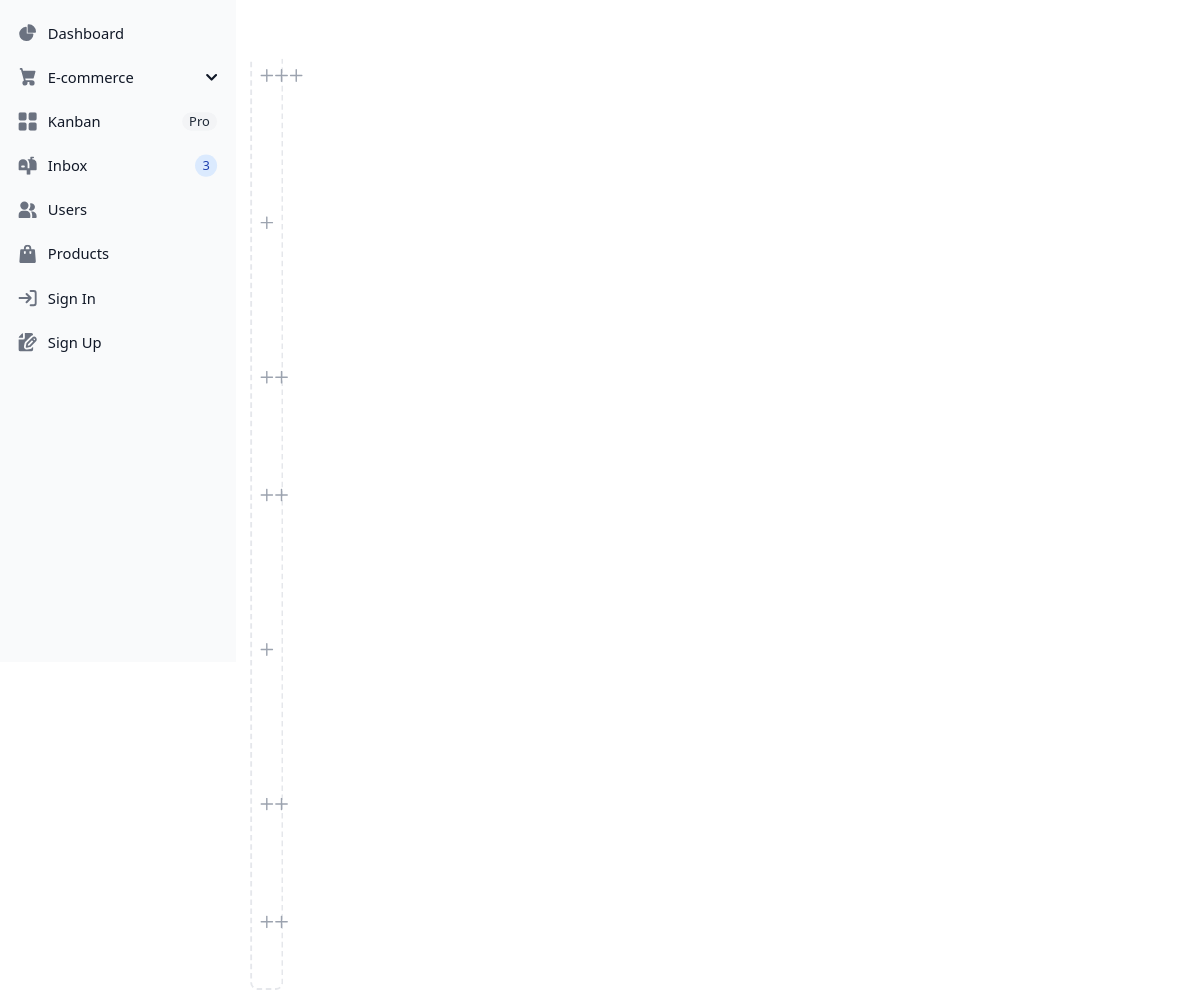
Repository: Yh010/dukaanDashboard
Page: /
An editor plug-in stored every save of this project. The page is shown before and after the next save, followed by the edit.
The browser window is 1280 px wide. The pictures show the whole page, at 92% of full size.
The project was rebuilt for these pictures with package versions that can differ from the ones it lists, and the page was loaded fresh each time. Also part of the build but not shown: vite.config.js, src/App.css.

Above is the page before, as saved 2024-01-21 15:16:14.

### src/App.jsx
/* import { useState } from 'react' */
/* import reactLogo from './assets/react.svg'
import viteLogo from '/vite.svg' */
import './App.css'
import SideNavBar from './components/sidenavbar'
import Navbar from './components/navbar'

function App() {
/*   const [count, setCount] = useState(0) */

  return (
    <div className='grid grid-cols-10'>
      <div className='col-span-1'>
         <SideNavBar/>
      </div>


      <div className='col-span-9'>
          <Navbar/>
      </div>



    </div>

  )
}

export default App

### src/components/sidenavbar.jsx
function SideNavBar() {
    return (
        <div>

            <button data-drawer-target="sidebar-multi-level-sidebar" data-drawer-toggle="sidebar-multi-level-sidebar" aria-controls="sidebar-multi-level-sidebar" type="button" className="inline-flex items-center p-2 mt-2 ms-3 text-sm text-gray-500 rounded-lg sm:hidden hover:bg-gray-100 focus:outline-none focus:ring-2 focus:ring-gray-200 dark:text-gray-400 dark:hover:bg-gray-700 dark:focus:ring-gray-600">
            <span className="sr-only">Open sidebar</span>
            <svg className="w-6 h-6" aria-hidden="true" fill="currentColor" viewBox="0 0 20 20" xmlns="http://www.w3.org/2000/svg">
            <path clipRule="evenodd" fillRule="evenodd" d="M2 4.75A.75.75 0 012.75 4h14.5a.75.75 0 010 1.5H2.75A.75.75 0 012 4.75zm0 10.5a.75.75 0 01.75-.75h7.5a.75.75 0 010 1.5h-7.5a.75.75 0 01-.75-.75zM2 10a.75.75 0 01.75-.75h14.5a.75.75 0 010 1.5H2.75A.75.75 0 012 10z"></path>
            </svg>
            </button>

            <aside id="sidebar-multi-level-sidebar" className="fixed top-0 left-0 z-40 w-64 h-screen transition-transform -translate-x-full sm:translate-x-0" aria-label="Sidebar">
            <div className="h-full px-3 py-4 overflow-y-auto bg-gray-50 dark:bg-gray-800">
                <ul className="space-y-2 font-medium">
                    <li>
                        <a href="#" className="flex items-center p-2 text-gray-900 rounded-lg dark:text-white hover:bg-gray-100 dark:hover:bg-gray-700 group">
                        <svg className="w-5 h-5 text-gray-500 transition duration-75 dark:text-gray-400 group-hover:text-gray-900 dark:group-hover:text-white" aria-hidden="true" xmlns="http://www.w3.org/2000/svg" fill="currentColor" viewBox="0 0 22 21">
                            <path d="M16.975 11H10V4.025a1 1 0 0 0-1.066-.998 8.5 8.5 0 1 0 9.039 9.039.999.999 0 0 0-1-1.066h.002Z"/>
                            <path d="M12.5 0c-.157 0-.311.01-.565.027A1 1 0 0 0 11 1.02V10h8.975a1 1 0 0 0 1-.935c.013-.188.028-.374.028-.565A8.51 8.51 0 0 0 12.5 0Z"/>
                        </svg>
                        <span className="ms-3">Dashboard</span>
                        </a>
                    </li>
                    <li>
                        <button type="button" className="flex items-center w-full p-2 text-base text-gray-900 transition duration-75 rounded-lg group hover:bg-gray-100 dark:text-white dark:hover:bg-gray-700" aria-controls="dropdown-example" data-collapse-toggle="dropdown-example">
                            <svg className="flex-shrink-0 w-5 h-5 text-gray-500 transition duration-75 group-hover:text-gray-900 dark:text-gray-400 dark:group-hover:text-white" aria-hidden="true" xmlns="http://www.w3.org/2000/svg" fill="currentColor" viewBox="0 0 18 21">
                                <path d="M15 12a1 1 0 0 0 .962-.726l2-7A1 1 0 0 0 17 3H3.77L3.175.745A1 1 0 0 0 2.208 0H1a1 1 0 0 0 0 2h.438l.6 2.255v.019l2 7 .746 2.986A3 3 0 1 0 9 17a2.966 2.966 0 0 0-.184-1h2.368c-.118.32-.18.659-.184 1a3 3 0 1 0 3-3H6.78l-.5-2H15Z"/>
                            </svg>
                            <span className="flex-1 ms-3 text-left rtl:text-right whitespace-nowrap">E-commerce</span>
                            <svg className="w-3 h-3" aria-hidden="true" xmlns="http://www.w3.org/2000/svg" fill="none" viewBox="0 0 10 6">
                                <path stroke="currentColor" strokeLinecap="round" strokeLinejoin="round" strokeWidth="2" d="m1 1 4 4 4-4"/>
                            </svg>
                        </button>
                        <ul id="dropdown-example" className="hidden py-2 space-y-2">
                            <li>
                                <a href="#" className="flex items-center w-full p-2 text-gray-900 transition duration-75 rounded-lg pl-11 group hover:bg-gray-100 dark:text-white dark:hover:bg-gray-700">Products</a>
                            </li>
                            <li>
                                <a href="#" className="flex items-center w-full p-2 text-gray-900 transition duration-75 rounded-lg pl-11 group hover:bg-gray-100 dark:text-white dark:hover:bg-gray-700">Billing</a>
                            </li>
                            <li>
                                <a href="#" className="flex items-center w-full p-2 text-gray-900 transition duration-75 rounded-lg pl-11 group hover:bg-gray-100 dark:text-white dark:hover:bg-gray-700">Invoice</a>
                            </li>
                        </ul>
                    </li>
                    <li>
                        <a href="#" className="flex items-center p-2 text-gray-900 rounded-lg dark:text-white hover:bg-gray-100 dark:hover:bg-gray-700 group">
                        <svg className="flex-shrink-0 w-5 h-5 text-gray-500 transition duration-75 dark:text-gray-400 group-hover:text-gray-900 dark:group-hover:text-white" aria-hidden="true" xmlns="http://www.w3.org/2000/svg" fill="currentColor" viewBox="0 0 18 18">
                            <path d="M6.143 0H1.857A1.857 1.857 0 0 0 0 1.857v4.286C0 7.169.831 8 1.857 8h4.286A1.857 1.857 0 0 0 8 6.143V1.857A1.857 1.857 0 0 0 6.143 0Zm10 0h-4.286A1.857 1.857 0 0 0 10 1.857v4.286C10 7.169 10.831 8 11.857 8h4.286A1.857 1.857 0 0 0 18 6.143V1.857A1.857 1.857 0 0 0 16.143 0Zm-10 10H1.857A1.857 1.857 0 0 0 0 11.857v4.286C0 17.169.831 18 1.857 18h4.286A1.857 1.857 0 0 0 8 16.143v-4.286A1.857 1.857 0 0 0 6.143 10Zm10 0h-4.286A1.857 1.857 0 0 0 10 11.857v4.286c0 1.026.831 1.857 1.857 1.857h4.286A1.857 1.857 0 0 0 18 16.143v-4.286A1.857 1.857 0 0 0 16.143 10Z"/>
                        </svg>
                        <span className="flex-1 ms-3 whitespace-nowrap">Kanban</span>
                        <span className="inline-flex items-center justify-center px-2 ms-3 text-sm font-medium text-gray-800 bg-gray-100 rounded-full dark:bg-gray-700 dark:text-gray-300">Pro</span>
                        </a>
                    </li>
                    <li>
                        <a href="#" className="flex items-center p-2 text-gray-900 rounded-lg dark:text-white hover:bg-gray-100 dark:hover:bg-gray-700 group">
                        <svg className="flex-shrink-0 w-5 h-5 text-gray-500 transition duration-75 dark:text-gray-400 group-hover:text-gray-900 dark:group-hover:text-white" aria-hidden="true" xmlns="http://www.w3.org/2000/svg" fill="currentColor" viewBox="0 0 20 20">
                            <path d="m17.418 3.623-.018-.008a6.713 6.713 0 0 0-2.4-.569V2h1a1 1 0 1 0 0-2h-2a1 1 0 0 0-1 1v2H9.89A6.977 6.977 0 0 1 12 8v5h-2V8A5 5 0 1 0 0 8v6a1 1 0 0 0 1 1h8v4a1 1 0 0 0 1 1h2a1 1 0 0 0 1-1v-4h6a1 1 0 0 0 1-1V8a5 5 0 0 0-2.582-4.377ZM6 12H4a1 1 0 0 1 0-2h2a1 1 0 0 1 0 2Z"/>
                        </svg>
                        <span className="flex-1 ms-3 whitespace-nowrap">Inbox</span>
                        <span className="inline-flex items-center justify-center w-3 h-3 p-3 ms-3 text-sm font-medium text-blue-800 bg-blue-100 rounded-full dark:bg-blue-900 dark:text-blue-300">3</span>
                        </a>
                    </li>
                    <li>
                        <a href="#" className="flex items-center p-2 text-gray-900 rounded-lg dark:text-white hover:bg-gray-100 dark:hover:bg-gray-700 group">
                        <svg className="flex-shrink-0 w-5 h-5 text-gray-500 transition duration-75 dark:text-gray-400 group-hover:text-gray-900 dark:group-hover:text-white" aria-hidden="true" xmlns="http://www.w3.org/2000/svg" fill="currentColor" viewBox="0 0 20 18">
                            <path d="M14 2a3.963 3.963 0 0 0-1.4.267 6.439 6.439 0 0 1-1.331 6.638A4 4 0 1 0 14 2Zm1 9h-1.264A6.957 6.957 0 0 1 15 15v2a2.97 2.97 0 0 1-.184 1H19a1 1 0 0 0 1-1v-1a5.006 5.006 0 0 0-5-5ZM6.5 9a4.5 4.5 0 1 0 0-9 4.5 4.5 0 0 0 0 9ZM8 10H5a5.006 5.006 0 0 0-5 5v2a1 1 0 0 0 1 1h11a1 1 0 0 0 1-1v-2a5.006 5.006 0 0 0-5-5Z"/>
                        </svg>
                        <span className="flex-1 ms-3 whitespace-nowrap">Users</span>
                        </a>
                    </li>
                    <li>
                        <a href="#" className="flex items-center p-2 text-gray-900 rounded-lg dark:text-white hover:bg-gray-100 dark:hover:bg-gray-700 group">
                        <svg className="flex-shrink-0 w-5 h-5 text-gray-500 transition duration-75 dark:text-gray-400 group-hover:text-gray-900 dark:group-hover:text-white" aria-hidden="true" xmlns="http://www.w3.org/2000/svg" fill="currentColor" viewBox="0 0 18 20">
                            <path d="M17 5.923A1 1 0 0 0 16 5h-3V4a4 4 0 1 0-8 0v1H2a1 1 0 0 0-1 .923L.086 17.846A2 2 0 0 0 2.08 20h13.84a2 2 0 0 0 1.994-2.153L17 5.923ZM7 9a1 1 0 0 1-2 0V7h2v2Zm0-5a2 2 0 1 1 4 0v1H7V4Zm6 5a1 1 0 1 1-2 0V7h2v2Z"/>
                        </svg>
                        <span className="flex-1 ms-3 whitespace-nowrap">Products</span>
                        </a>
                    </li>
                    <li>
                        <a href="#" className="flex items-center p-2 text-gray-900 rounded-lg dark:text-white hover:bg-gray-100 dark:hover:bg-gray-700 group">
                        <svg className="flex-shrink-0 w-5 h-5 text-gray-500 transition duration-75 dark:text-gray-400 group-hover:text-gray-900 dark:group-hover:text-white" aria-hidden="true" xmlns="http://www.w3.org/2000/svg" fill="none" viewBox="0 0 18 16">
                            <path stroke="currentColor" strokeLinecap="round" strokeLinejoin="round" strokeWidth="2" d="M1 8h11m0 0L8 4m4 4-4 4m4-11h3a2 2 0 0 1 2 2v10a2 2 0 0 1-2 2h-3"/>
                        </svg>
                        <span className="flex-1 ms-3 whitespace-nowrap">Sign In</span>
                        </a>
                    </li>
                    <li>
                        <a href="#" className="flex items-center p-2 text-gray-900 rounded-lg dark:text-white hover:bg-gray-100 dark:hover:bg-gray-700 group">
                        <svg className="flex-shrink-0 w-5 h-5 text-gray-500 transition duration-75 dark:text-gray-400 group-hover:text-gray-900 dark:group-hover:text-white" aria-hidden="true" xmlns="http://www.w3.org/2000/svg" fill="currentColor" viewBox="0 0 20 20">
                            <path d="M5 5V.13a2.96 2.96 0 0 0-1.293.749L.879 3.707A2.96 2.96 0 0 0 .13 5H5Z"/>
                            <path d="M6.737 11.061a2.961 2.961 0 0 1 .81-1.515l6.117-6.116A4.839 4.839 0 0 1 16 2.141V2a1.97 1.97 0 0 0-1.933-2H7v5a2 2 0 0 1-2 2H0v11a1.969 1.969 0 0 0 1.933 2h12.134A1.97 1.97 0 0 0 16 18v-3.093l-1.546 1.546c-.413.413-.94.695-1.513.81l-3.4.679a2.947 2.947 0 0 1-1.85-.227 2.96 2.96 0 0 1-1.635-3.257l.681-3.397Z"/>
                            <path d="M8.961 16a.93.93 0 0 0 .189-.019l3.4-.679a.961.961 0 0 0 .49-.263l6.118-6.117a2.884 2.884 0 0 0-4.079-4.078l-6.117 6.117a.96.96 0 0 0-.263.491l-.679 3.4A.961.961 0 0 0 8.961 16Zm7.477-9.8a.958.958 0 0 1 .68-.281.961.961 0 0 1 .682 1.644l-.315.315-1.36-1.36.313-.318Zm-5.911 5.911 4.236-4.236 1.359 1.359-4.236 4.237-1.7.339.341-1.699Z"/>
                        </svg>
                        <span className="flex-1 ms-3 whitespace-nowrap">Sign Up</span>
                        </a>
                    </li>
                </ul>
            </div>
            </aside>

            <div className="p-4 sm:ml-64">
            <div className="p-4 border-2 border-gray-200 border-dashed rounded-lg dark:border-gray-700">
                <div className="grid grid-cols-3 gap-4 mb-4">
                    <div className="flex items-center justify-center h-24 rounded bg-gray-50 dark:bg-gray-800">
                        <p className="text-2xl text-gray-400 dark:text-gray-500">
                        <svg className="w-3.5 h-3.5" aria-hidden="true" xmlns="http://www.w3.org/2000/svg" fill="none" viewBox="0 0 18 18">
                            <path stroke="currentColor" strokeLinecap="round" strokeLinejoin="round" strokeWidth="2" d="M9 1v16M1 9h16"/>
                        </svg>
                        </p>
                    </div>
                    <div className="flex items-center justify-center h-24 rounded bg-gray-50 dark:bg-gray-800">
                        <p className="text-2xl text-gray-400 dark:text-gray-500">
                        <svg className="w-3.5 h-3.5" aria-hidden="true" xmlns="http://www.w3.org/2000/svg" fill="none" viewBox="0 0 18 18">
                            <path stroke="currentColor" strokeLinecap="round" strokeLinejoin="round" strokeWidth="2" d="M9 1v16M1 9h16"/>
                        </svg>
                        </p>
                    </div>
                    <div className="flex items-center justify-center h-24 rounded bg-gray-50 dark:bg-gray-800">
                        <p className="text-2xl text-gray-400 dark:text-gray-500">
                        <svg className="w-3.5 h-3.5" aria-hidden="true" xmlns="http://www.w3.org/2000/svg" fill="none" viewBox="0 0 18 18">
                            <path stroke="currentColor" strokeLinecap="round" strokeLinejoin="round" strokeWidth="2" d="M9 1v16M1 9h16"/>
                        </svg>
                        </p>
                    </div>
                </div>
                <div className="flex items-center justify-center h-48 mb-4 rounded bg-gray-50 dark:bg-gray-800">
                    <p className="text-2xl text-gray-400 dark:text-gray-500">
                        <svg className="w-3.5 h-3.5" aria-hidden="true" xmlns="http://www.w3.org/2000/svg" fill="none" viewBox="0 0 18 18">
                        <path stroke="currentColor" strokeLinecap="round" strokeLinejoin="round" strokeWidth="2" d="M9 1v16M1 9h16"/>
                        </svg>
                    </p>
                </div>
                <div className="grid grid-cols-2 gap-4 mb-4">
                    <div className="flex items-center justify-center rounded bg-gray-50 h-28 dark:bg-gray-800">
                        <p className="text-2xl text-gray-400 dark:text-gray-500">
                        <svg className="w-3.5 h-3.5" aria-hidden="true" xmlns="http://www.w3.org/2000/svg" fill="none" viewBox="0 0 18 18">
                            <path stroke="currentColor" strokeLinecap="round" strokeLinejoin="round" strokeWidth="2" d="M9 1v16M1 9h16"/>
                        </svg>
                        </p>
                    </div>
                    <div className="flex items-center justify-center rounded bg-gray-50 h-28 dark:bg-gray-800">
                        <p className="text-2xl text-gray-400 dark:text-gray-500">
                        <svg className="w-3.5 h-3.5" aria-hidden="true" xmlns="http://www.w3.org/2000/svg" fill="none" viewBox="0 0 18 18">
                            <path stroke="currentColor" strokeLinecap="round" strokeLinejoin="round" strokeWidth="2" d="M9 1v16M1 9h16"/>
                        </svg>
                        </p>
                    </div>
                    <div className="flex items-center justify-center rounded bg-gray-50 h-28 dark:bg-gray-800">
                        <p className="text-2xl text-gray-400 dark:text-gray-500">
                        <svg className="w-3.5 h-3.5" aria-hidden="true" xmlns="http://www.w3.org/2000/svg" fill="none" viewBox="0 0 18 18">
                            <path stroke="currentColor" strokeLinecap="round" strokeLinejoin="round" strokeWidth="2" d="M9 1v16M1 9h16"/>
                        </svg>
                        </p>
                    </div>
                    <div className="flex items-center justify-center rounded bg-gray-50 h-28 dark:bg-gray-800">
                        <p className="text-2xl text-gray-400 dark:text-gray-500">
                        <svg className="w-3.5 h-3.5" aria-hidden="true" xmlns="http://www.w3.org/2000/svg" fill="none" viewBox="0 0 18 18">
                            <path stroke="currentColor" strokeLinecap="round" strokeLinejoin="round" strokeWidth="2" d="M9 1v16M1 9h16"/>
                        </svg>
                        </p>
                    </div>
                </div>
                <div className="flex items-center justify-center h-48 mb-4 rounded bg-gray-50 dark:bg-gray-800">
                    <p className="text-2xl text-gray-400 dark:text-gray-500">
                        <svg className="w-3.5 h-3.5" aria-hidden="true" xmlns="http://www.w3.org/2000/svg" fill="none" viewBox="0 0 18 18">
                        <path stroke="currentColor" strokeLinecap="round" strokeLinejoin="round" strokeWidth="2" d="M9 1v16M1 9h16"/>
                        </svg>
                    </p>
                </div>
                <div className="grid grid-cols-2 gap-4">
                    <div className="flex items-center justify-center rounded bg-gray-50 h-28 dark:bg-gray-800">
                        <p className="text-2xl text-gray-400 dark:text-gray-500">
                        <svg className="w-3.5 h-3.5" aria-hidden="true" xmlns="http://www.w3.org/2000/svg" fill="none" viewBox="0 0 18 18">
                            <path stroke="currentColor" strokeLinecap="round" strokeLinejoin="round" strokeWidth="2" d="M9 1v16M1 9h16"/>
                        </svg>
                        </p>
                    </div>
                    <div className="flex items-center justify-center rounded bg-gray-50 h-28 dark:bg-gray-800">
                        <p className="text-2xl text-gray-400 dark:text-gray-500">
                        <svg className="w-3.5 h-3.5" aria-hidden="true" xmlns="http://www.w3.org/2000/svg" fill="none" viewBox="0 0 18 18">
                            <path stroke="currentColor" strokeLinecap="round" strokeLinejoin="round" strokeWidth="2" d="M9 1v16M1 9h16"/>
                        </svg>
                        </p>
                    </div>
                    <div className="flex items-center justify-center rounded bg-gray-50 h-28 dark:bg-gray-800">
                        <p className="text-2xl text-gray-400 dark:text-gray-500">
                        <svg className="w-3.5 h-3.5" aria-hidden="true" xmlns="http://www.w3.org/2000/svg" fill="none" viewBox="0 0 18 18">
                            <path stroke="currentColor" strokeLinecap="round" strokeLinejoin="round" strokeWidth="2" d="M9 1v16M1 9h16"/>
                        </svg>
                        </p>
                    </div>
                    <div className="flex items-center justify-center rounded bg-gray-50 h-28 dark:bg-gray-800">
                        <p className="text-2xl text-gray-400 dark:text-gray-500">
                        <svg className="w-3.5 h-3.5" aria-hidden="true" xmlns="http://www.w3.org/2000/svg" fill="none" viewBox="0 0 18 18">
                            <path stroke="currentColor" strokeLinecap="round" strokeLinejoin="round" strokeWidth="2" d="M9 1v16M1 9h16"/>
                        </svg>
                        </p>
                    </div>
                </div>
            </div>
            </div>

        </div>
    );
}

export default SideNavBar;

### src/components/navbar.jsx
export default function Navbar() {
    return (
        <div>


<nav className="bg-white border-gray-200 dark:bg-gray-900">
  <div className="max-w-screen-xl flex flex-wrap items-center justify-between mx-auto p-4">


        <span className="self-center text-2xl font-semibold whitespace-nowrap dark:text-white">Payouts</span>

    <div className="hidden w-full md:block md:w-auto" id="navbar-default">

    </div>
  </div>
</nav>

        </div>
    )
}

Loaded but not shown: index.html (common file); src/main.jsx (common file); src/index.css (common file); tailwind.config.js (common file)

After the next save:
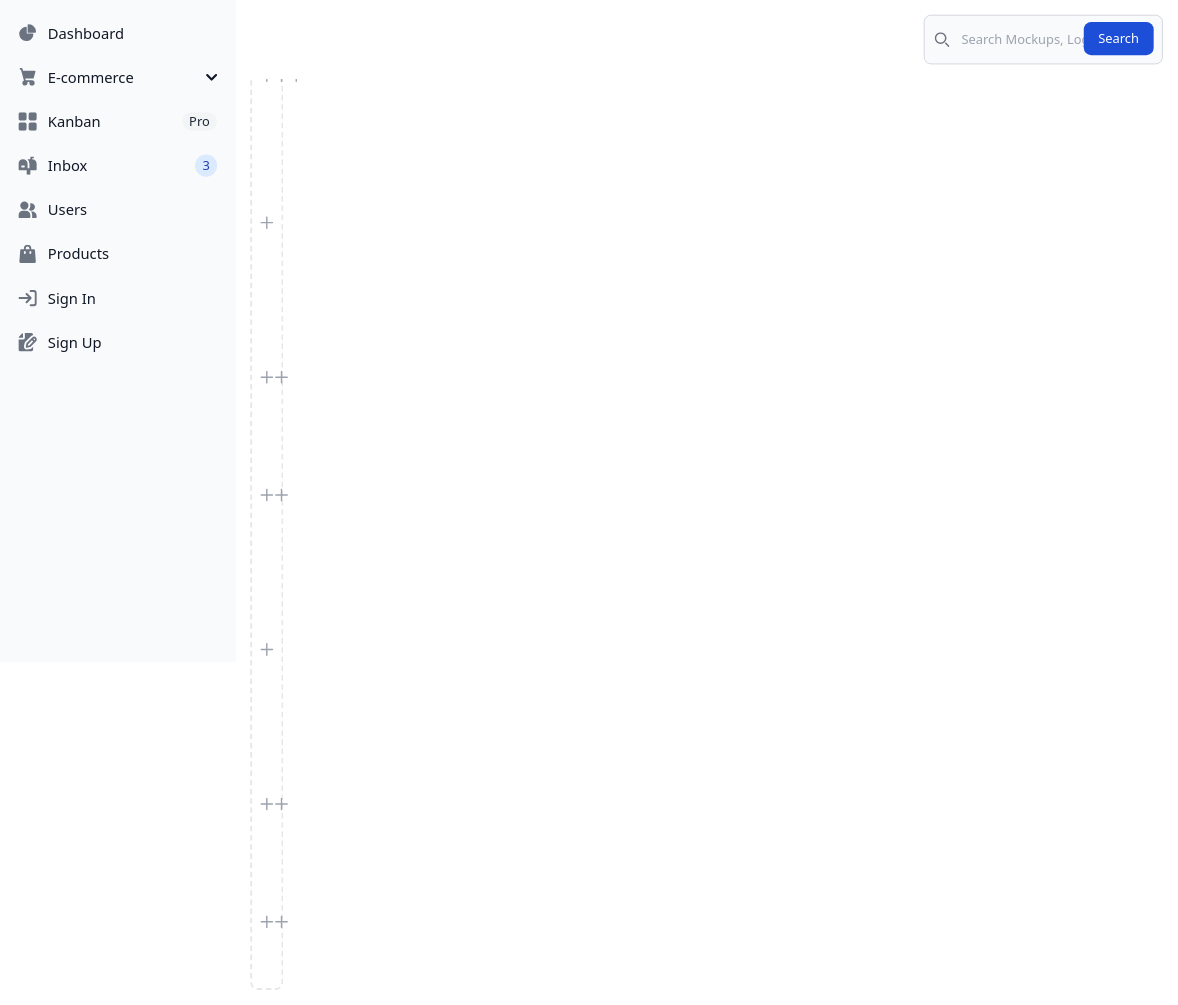
Saved 2 min 10 s later.
--- a/src/components/navbar.jsx
+++ b/src/components/navbar.jsx
@@ -11,6 +11,19 @@ export default function Navbar() {
 
     <div className="hidden w-full md:block md:w-auto" id="navbar-default">
 
+        <form>
+            <label htmlFor="default-search" className="mb-2 text-sm font-medium text-gray-900 sr-only dark:text-white">Search</label>
+            <div className="relative">
+                <div className="absolute inset-y-0 start-0 flex items-center ps-3 pointer-events-none">
+                    <svg className="w-4 h-4 text-gray-500 dark:text-gray-400" aria-hidden="true" xmlns="http://www.w3.org/2000/svg" fill="none" viewBox="0 0 20 20">
+                        <path stroke="currentColor" strokeLinecap="round" strokeLinejoin="round" strokeWidth="2" d="m19 19-4-4m0-7A7 7 0 1 1 1 8a7 7 0 0 1 14 0Z"/>
+                    </svg>
+                </div>
+                <input type="search" id="default-search" className="block w-full p-4 ps-10 text-sm text-gray-900 border border-gray-300 rounded-lg bg-gray-50 focus:ring-blue-500 focus:border-blue-500 dark:bg-gray-700 dark:border-gray-600 dark:placeholder-gray-400 dark:text-white dark:focus:ring-blue-500 dark:focus:border-blue-500" placeholder="Search Mockups, Logos..." required/>
+                <button type="submit" className="text-white absolute end-2.5 bottom-2.5 bg-blue-700 hover:bg-blue-800 focus:ring-4 focus:outline-none focus:ring-blue-300 font-medium rounded-lg text-sm px-4 py-2 dark:bg-blue-600 dark:hover:bg-blue-700 dark:focus:ring-blue-800">Search</button>
+            </div>
+        </form>
+
     </div>
   </div>
 </nav>
